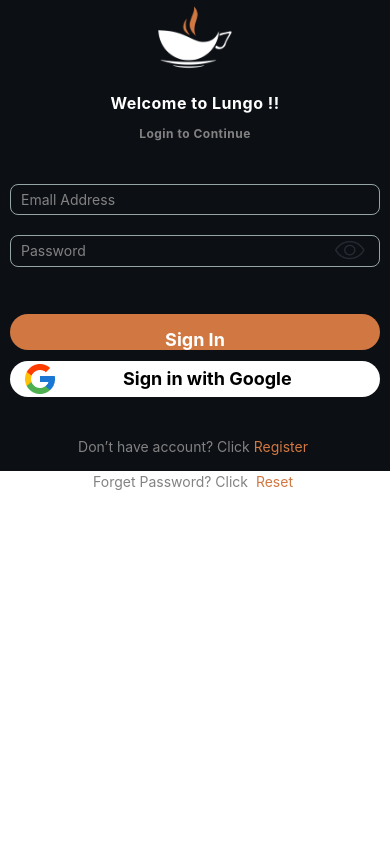
Repository: nguoilaisaochoi/App-coffe
Screen: /
These files come from the project's save history. The screen is drawn as it stood at one moment and after a run of saves; the edit follows.
The app was drawn by React Native's web renderer in a window 390 px wide. The project was rebuilt for these pictures with package versions that can differ from the ones it lists, and the page was loaded fresh each time.

Above is the screen before, as saved 2024-01-12 21:09:08.

### App.tsx
import { View, Text } from 'react-native'
import React from 'react'
import Login from './src/Login'
import Register from './src/Register'
const App = () => {
  return (
    <View>
      <Login/>
    </View>
  )
}

export default App

### src/Login.js
import {
  View,
  TextInput,
  TouchableOpacity,
  StyleSheet,
  Image,
  Text,
} from 'react-native';
import React, {useState} from 'react';


const Login = () => {
  const [password, setPassword] = useState('');
  const [showPassword, setShowPassword] = useState(false);

  const toggleShowPassword = () => {
    setShowPassword(!showPassword);
  };
  return (
    <View style={mystyle.body}>
      <View style={mystyle.head}>
        <Image
          source={require('../assets/img/logo.png')}
          style={mystyle.logo}></Image>
        <Text style={mystyle.welcome}>Welcome to Lungo !!</Text>
        <Text style={mystyle.welcome2}>Login to Continue</Text>
        <TextInput
          style={mystyle.input}
          placeholder="Emall Address"
          placeholderTextColor="#828282"
        />
        <View style={mystyle.iconContainer}>
          <TextInput
            placeholderTextColor="#828282"
            secureTextEntry={!showPassword}
            value={password}
            style={mystyle.inputpass}
            placeholder="Password"
            onChangeText={setPassword}></TextInput>
          <TouchableOpacity onPress={toggleShowPassword} style={mystyle.icon}>
            <Image source={require('../assets/img/eyes.png')} />
          </TouchableOpacity>
        </View>
        <TouchableOpacity
          onPress={() => console.log('Sign In')}
          style={mystyle.button1}>
          <Text style={mystyle.buttonText}>Sign In</Text>
        </TouchableOpacity>
        <TouchableOpacity
          onPress={() => console.log('Sign In')}
          style={mystyle.button2}>
          <Image
            source={require('../assets/img/google.png')}
            style={mystyle.icongg}
          />
          <Text style={mystyle.buttonText2}>Sign in with Google</Text>
        </TouchableOpacity>
        <View style={mystyle.donacc}>
          <Text style={{color: '#828282'}}>Don’t have account? Click </Text>
          <Text style={{color: '#D17842'}}>Register </Text>
        </View>
        <View style={mystyle.donacc}>
          <Text style={{color: '#828282'}}>Forget Password? Click </Text>
          <Text style={{color: '#D17842'}}> Reset </Text>
        </View>
      </View>
    </View>
  );
};

export default Login;
const mystyle = StyleSheet.create({
  body: {
    padding: 10,
    width: '100%',
    height: '100%',
    backgroundColor: '#0C0F14',
  },
  head: {
    width: '100%',
    height: '100%',
    display: 'flex',
    flexDirection: 'column',
    alignItems: 'center',
    justifyContent: 'center',
  },
  logo: {
    width: '50%',
    height: '25%',
    resizeMode: 'contain',
  },
  welcome: {
    color: '#FFF',
    fontSize: 16,
    fontWeight: '700',
    letterSpacing: 0.5,
    marginBottom: '2%',
  },
  welcome2: {
    color: '#828282',
    fontSize: 12,
    fontWeight: '700',
    lineHeight: 26,
    letterSpacing: 0.5,
    marginBottom: '10%',
  },
  input: {
    width: '100%',
    borderRadius: 8,
    borderWidth: 1,
    marginBottom: 10,
    borderColor: '#95a5a6',
    padding: 10,
    height: '7%',
  },
  iconContainer: {
    width: '100%',
    height: '7%',
    margin: 10,
    flexDirection: 'row',
    borderRadius: 8,
    borderWidth: 1,
    borderColor: '#95a5a6',
  },
  inputpass: {
    padding: 10,
  },
  inputpass: {
    width: '85%',
    padding: 10,
    color: 'white',
  },
  icon: {
    alignItems: 'flex-end',
    justifyContent: 'center',
    marginLeft: '3%',
  },
  button1: {
    width: '100%',
    height: '8%',
    borderRadius: 20,
    backgroundColor: '#D17842',
    padding: 15,
    marginTop: '10%',
    marginBottom: '3%',
    display: 'flex',
    alignItems: 'center',
  },
  buttonText: {
    color: '#FFF',
    textAlign: 'center',
    fontSize: 18,
    fontWeight: 'bold',
  },
  button2: {
    display: 'flex',
    flexDirection: 'row',
    width: '100%',
    height: '8%',
    borderRadius: 20,
    backgroundColor: 'white',
    padding: 15,
    alignItems: 'center',
    justifyContent: 'flex-start',
    marginBottom: '6%',
  },
  buttonText2: {
    color: 'black',
    textAlign: 'center',
    fontSize: 18,
    fontWeight: 'bold',
    marginLeft: '20%',
  },
  donacc: {
    display: 'flex',
    flexDirection: 'row',
    justifyContent: 'center',
    alignItems: 'center',
    marginTop: '5%',
  },
});

After the next 5 saves:
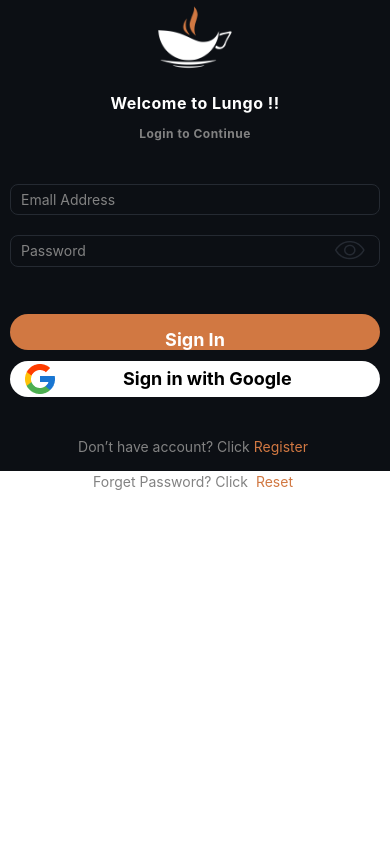
The 5 saves are shown as one change because they came seconds apart.
The last was saved 5 min 25 s later.
--- a/src/Login.js
+++ b/src/Login.js
@@ -109,7 +109,7 @@
     borderRadius: 8,
     borderWidth: 1,
     marginBottom: 10,
-    borderColor: '#95a5a6',
+    borderColor: '#252A32',
     padding: 10,
     height: '7%',
   },
@@ -120,7 +120,7 @@
     flexDirection: 'row',
     borderRadius: 8,
     borderWidth: 1,
-    borderColor: '#95a5a6',
+    borderColor: '#252A32',
   },
   inputpass: {
     padding: 10,
